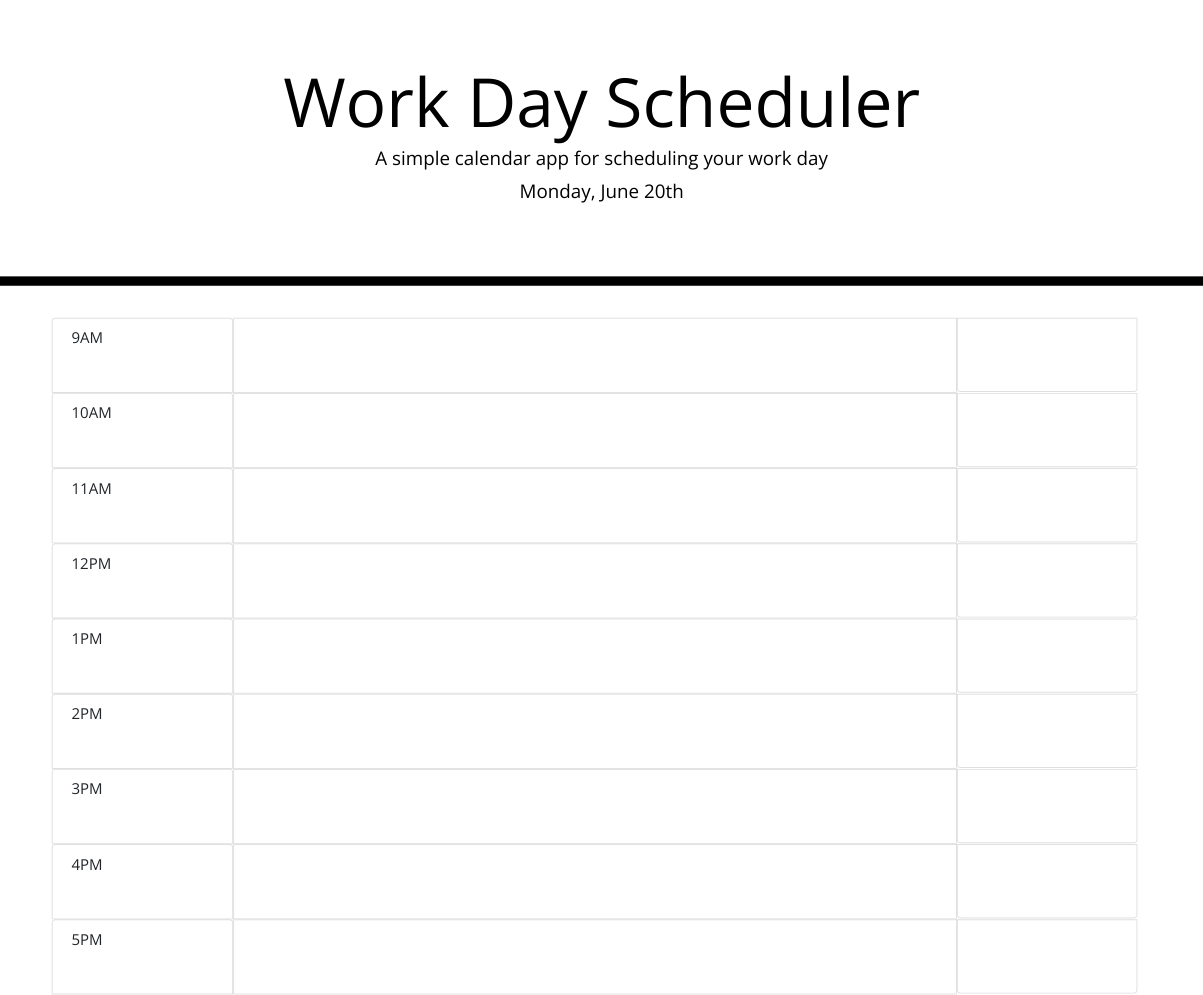
Repository: dtierney21/work-day-scheduler
Page: index.html
These files come from the project's save history. The page is drawn as it stood at one moment and after the next save; the edit follows.
The browser window is 1280 px wide. The pictures show the whole page, at 94% of full size.
Some web libraries are served in a nearby version.

Above is the page before, as saved 2022-06-28 12:12:28.

After the next save:
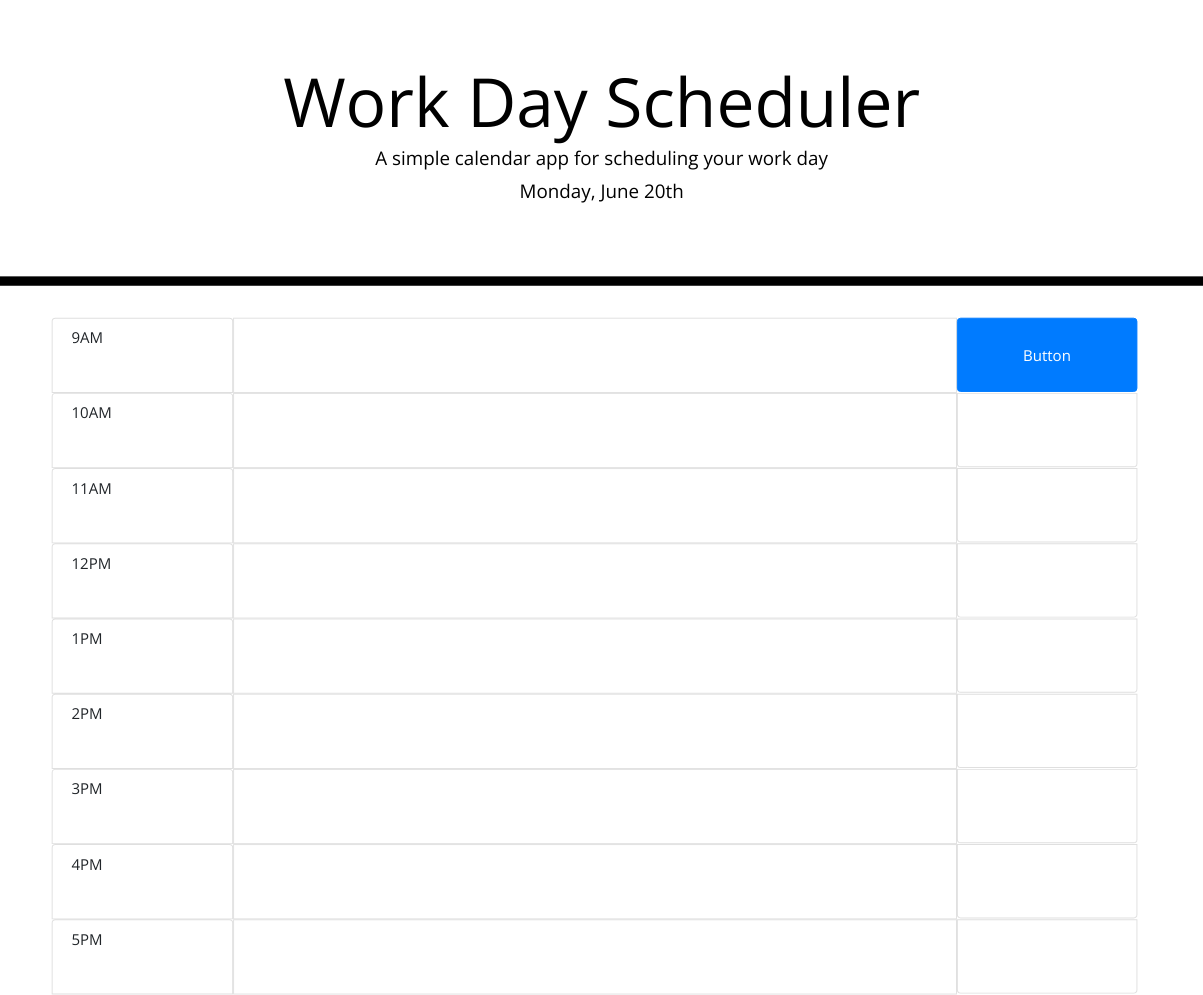
Saved 52 s later.
--- a/index.html
+++ b/index.html
@@ -35,7 +35,7 @@
                 <div class="row">
                     <li class="list-group-item col-2">9AM</li>
                     <li class="list-group-item col-8"></li>
-                    <li class="list-group-item col-2"></li>
+                    <button class="btn btn-primary col-2" type="submit">Button</button>
                 </div>
                 <div class="row">
                     <li class="list-group-item col-2">10AM</li>
